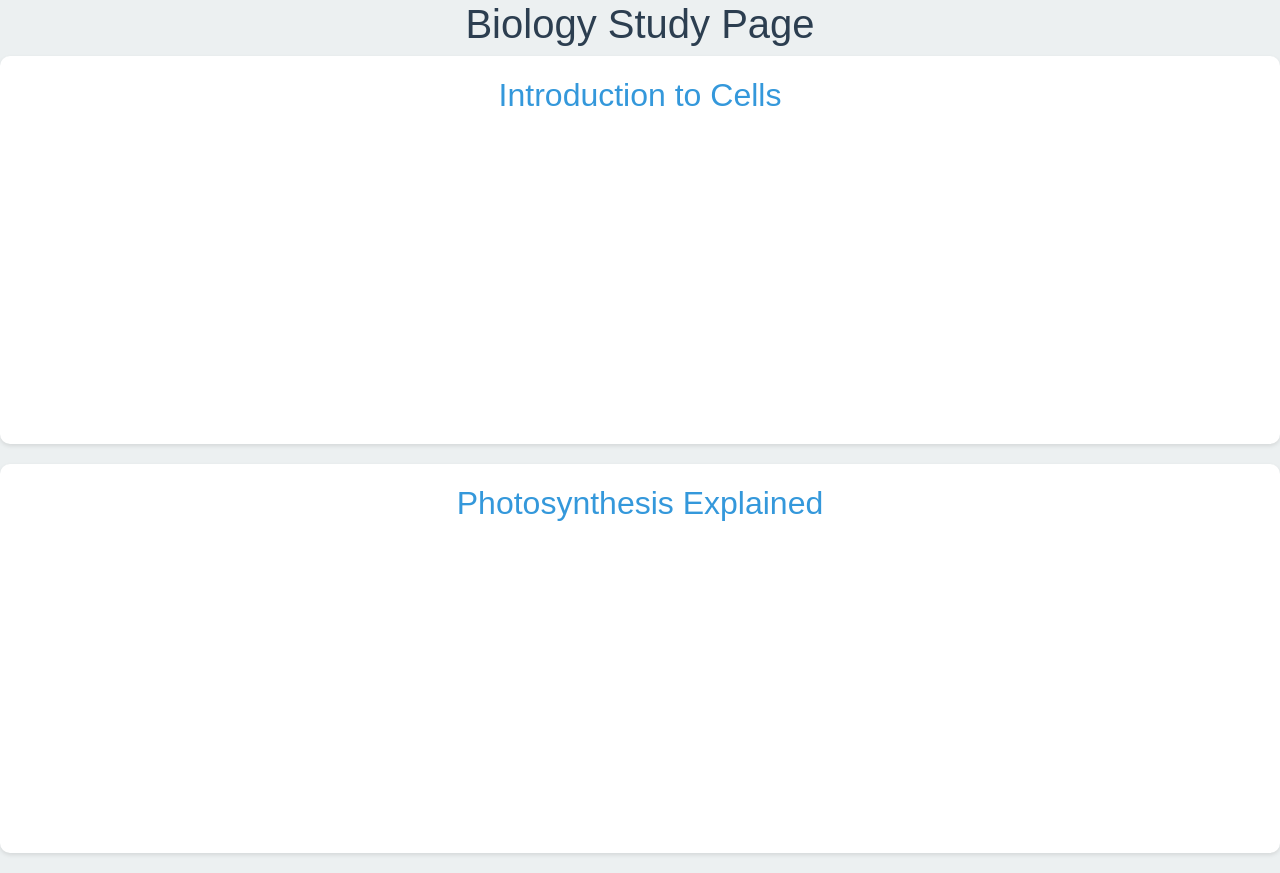
Repository: krmvz/BEMath.kg
Page: /bio
These files come from the project's save history. The page is drawn as it stood at one moment and after the next save; the edit follows.
The browser window is 1280 px wide. The pictures show the whole page.
The project was rebuilt for these pictures with package versions that can differ from the ones it lists, and the page was loaded fresh each time. Also part of the build but not shown: src/firebase.js, src/components/auth/sign.scss, src/components/auth/SignIn.jsx, src/components/auth/SignUp.jsx, src/components/AuthDetails.jsx, src/components/dashboard/Dashboard.jsx.

Above is the page before, as saved 2023-12-18 21:15:09.

### src/App.js
import './App.css';
import SignIn from './components/auth/SignIn';
import SignUp from './components/auth/SignUp';
import AuthDetails from './components/AuthDetails';
import {BrowserRouter, Link, Route, Routes } from "react-router-dom";
import React from 'react';
import Dashboard from './components/dashboard/Dashboard';
import "bootstrap/dist/css/bootstrap.min.css";
import Biology from './components/Biology/biology';

function App() {
  return (
    <div className="App">
      <BrowserRouter>
        <Routes>
          <Route exact path="/" element={<SignIn/>}></Route>
          <Route exact path="/d" element={<SignUp/>}></Route>
          <Route exact path="/dashboard" element={<Dashboard/>}></Route>
          <Route exact path="/bio" element={<Biology/>}></Route>
          <Route exact path="/eng" element={<Dashboard/>}></Route>
          <Route exact path="/math" element={<Dashboard/>}></Route>

        </Routes>
      </BrowserRouter>
    </div>
  );
}

export default App;

### src/components/Biology/biology.jsx
import React from 'react';
import "./biology.scss";
import ReactPlayer from 'react-player';

const Biology = () => {
  const biologyVideos = [
    { id: 1, url: 'https://www.youtube.com/watch?v=tZE_fQFK8EY', title: 'Introduction to Cells' },
    { id: 2, url: 'https://www.youtube.com/watch?v=tZE_fQFK8EY', title: 'Photosynthesis Explained' },
    // Add more videos as needed
  ];

  return (
    <div>
      <h1>Biology Study Page</h1>
      <div>
        {biologyVideos.map(video => (
          <div key={video.id} className="video-container">
            <h2>{video.title}</h2>
            <ReactPlayer
              url={video.url}
              controls
              width="50%"
              height="300px"
            />
          </div>
        ))}
      </div>
    </div>
  );
};
export default Biology;

### src/components/Biology/biology.scss
// biology.scss

$primary-color: #3498db;
$background-color: #ecf0f1;
$text-color: #2c3e50;
$accent-color: #e74c3c;

body {
  font-family: 'Arial', sans-serif;
  background-color: $background-color;
  color: $text-color;
  margin: 0;
  padding: 0;
}

.video-container {
  margin-bottom: 20px;
  padding: 20px;
  border-radius: 10px;
  background-color: #fff;
  box-shadow: 0 2px 4px rgba(0, 0, 0, 0.1);

  h2 {
    color: $primary-color;
    margin-bottom: 10px;
  }

  .player-wrapper {
    width: 50%;
    margin: 0 auto;
  }

  p {
    margin-top: 10px;
    font-size: 16px;
    color: $text-color;
  }

  .description-toggle {
    cursor: pointer;
    color: $accent-color;

    &:hover {
      text-decoration: underline;
    }
  }

  .description {
    display: none;
    margin-top: 15px;

    &.visible {
      display: block;
    }
  }
}

Loaded but not shown: src/index.js (common file); src/index.css (common file); src/reportWebVitals.js (common file); src/App.css (common file)

After the next save:
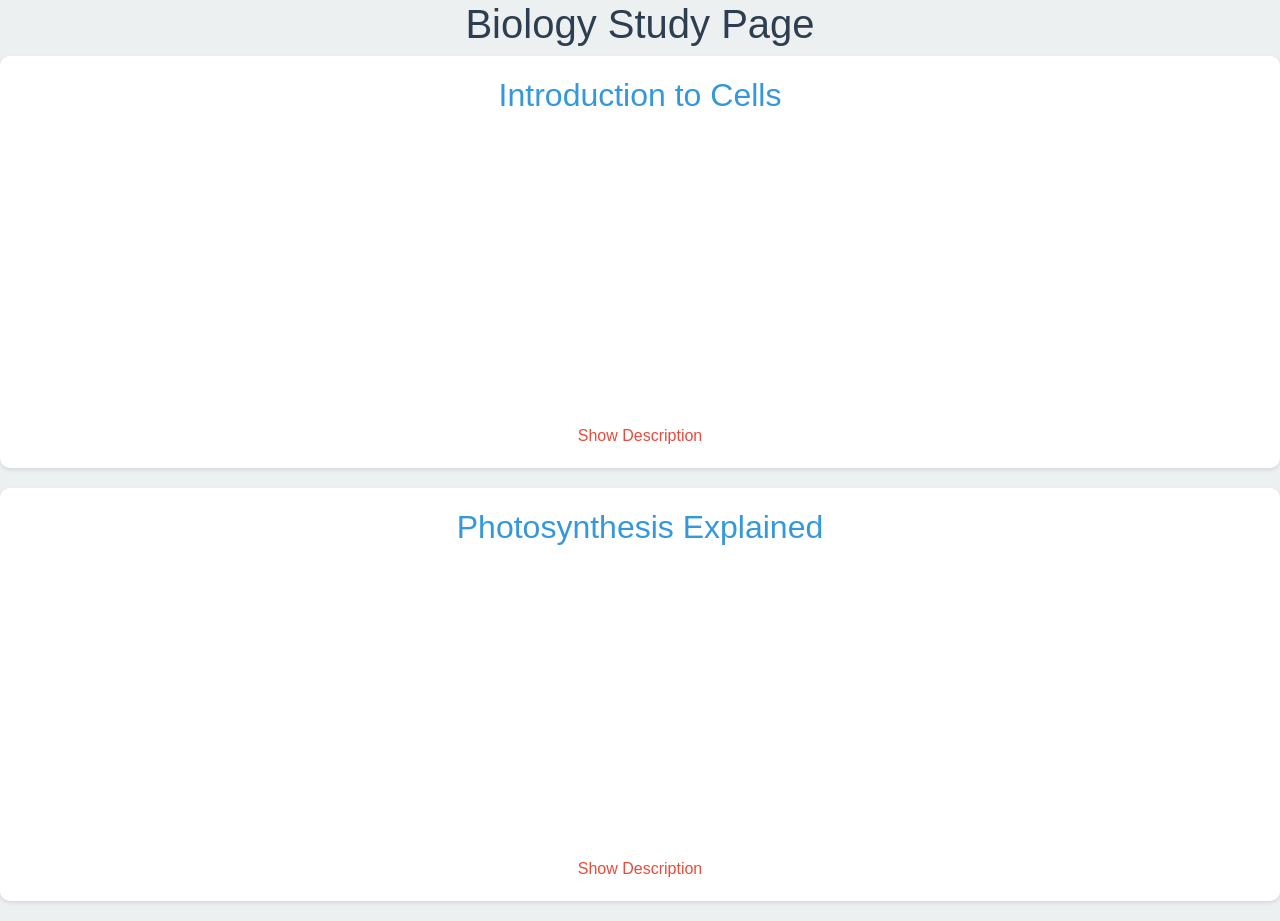
Saved 28 s later.
--- a/src/components/Biology/biology.jsx
+++ b/src/components/Biology/biology.jsx
@@ -1,13 +1,21 @@
-import React from 'react';
-import "./biology.scss";
+// Biology.jsx
+
+import React, { useState } from 'react';
+import './biology.scss';
 import ReactPlayer from 'react-player';
 
 const Biology = () => {
+  const [showDescription, setShowDescription] = useState(false);
+
   const biologyVideos = [
-    { id: 1, url: 'https://www.youtube.com/watch?v=tZE_fQFK8EY', title: 'Introduction to Cells' },
-    { id: 2, url: 'https://www.youtube.com/watch?v=tZE_fQFK8EY', title: 'Photosynthesis Explained' },
+    { id: 1, url: 'https://www.youtube.com/watch?v=tZE_fQFK8EY', title: 'Introduction to Cells', description: 'A comprehensive introduction to the structure and function of cells.' },
+    { id: 2, url: 'https://www.youtube.com/watch?v=tZE_fQFK8EY', title: 'Photosynthesis Explained', description: 'Learn how plants convert sunlight into energy through the process of photosynthesis.' },
     // Add more videos as needed
   ];
+
+  const toggleDescription = () => {
+    setShowDescription(!showDescription);
+  };
 
   return (
     <div>
@@ -16,16 +24,23 @@ const Biology = () => {
         {biologyVideos.map(video => (
           <div key={video.id} className="video-container">
             <h2>{video.title}</h2>
-            <ReactPlayer
-              url={video.url}
-              controls
-              width="50%"
-              height="300px"
-            />
+            <div className="player-wrapper">
+              <ReactPlayer
+                url={video.url}
+                controls
+                width="100%"
+                height="300px"
+              />
+            </div>
+            <p className={`description ${showDescription ? 'visible' : ''}`}>{video.description}</p>
+            <div className="description-toggle" onClick={toggleDescription}>
+              {showDescription ? 'Hide Description' : 'Show Description'}
+            </div>
           </div>
         ))}
       </div>
     </div>
   );
 };
+
 export default Biology;
